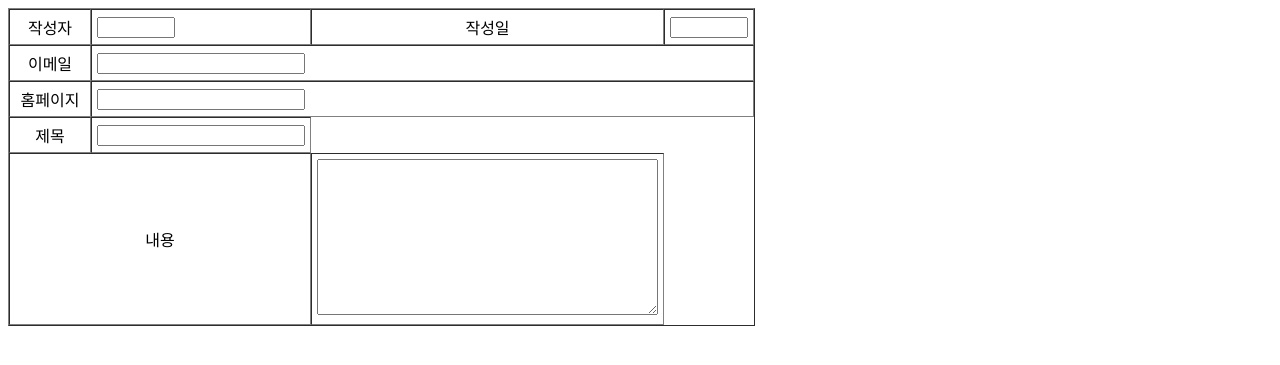
Repository: kimsuel/java-ee-practice
Page: guestbookservlet/WebContent/guestbook/guestbookList.html
The author's editor kept a copy of each file at every save. The page is drawn from the files as they stood at one save, then again after the next save.
The browser window is 1280 px wide. The pictures show the whole page.

Above is the page before, as saved 2018-06-20 07:42:20.

After the next save:
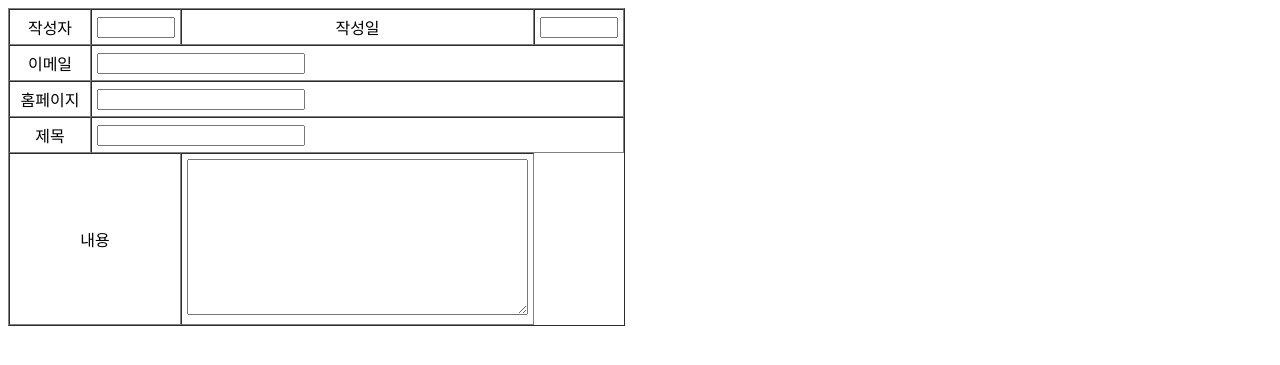
Saved 4 s later.
--- a/guestbookservlet/WebContent/guestbook/guestbookList.html
+++ b/guestbookservlet/WebContent/guestbook/guestbookList.html
@@ -22,7 +22,7 @@
 			</tr>
 			<tr>
 				<td align="center">제목</td>
-				<td><input type="text" name="subject" style="width: 200px"></td>
+				<td colspan="3"><input type="text" name="subject" style="width: 200px"></td>
 			</tr>
 			<tr>
 				<td colspan="2"  align="center">내용</td>
